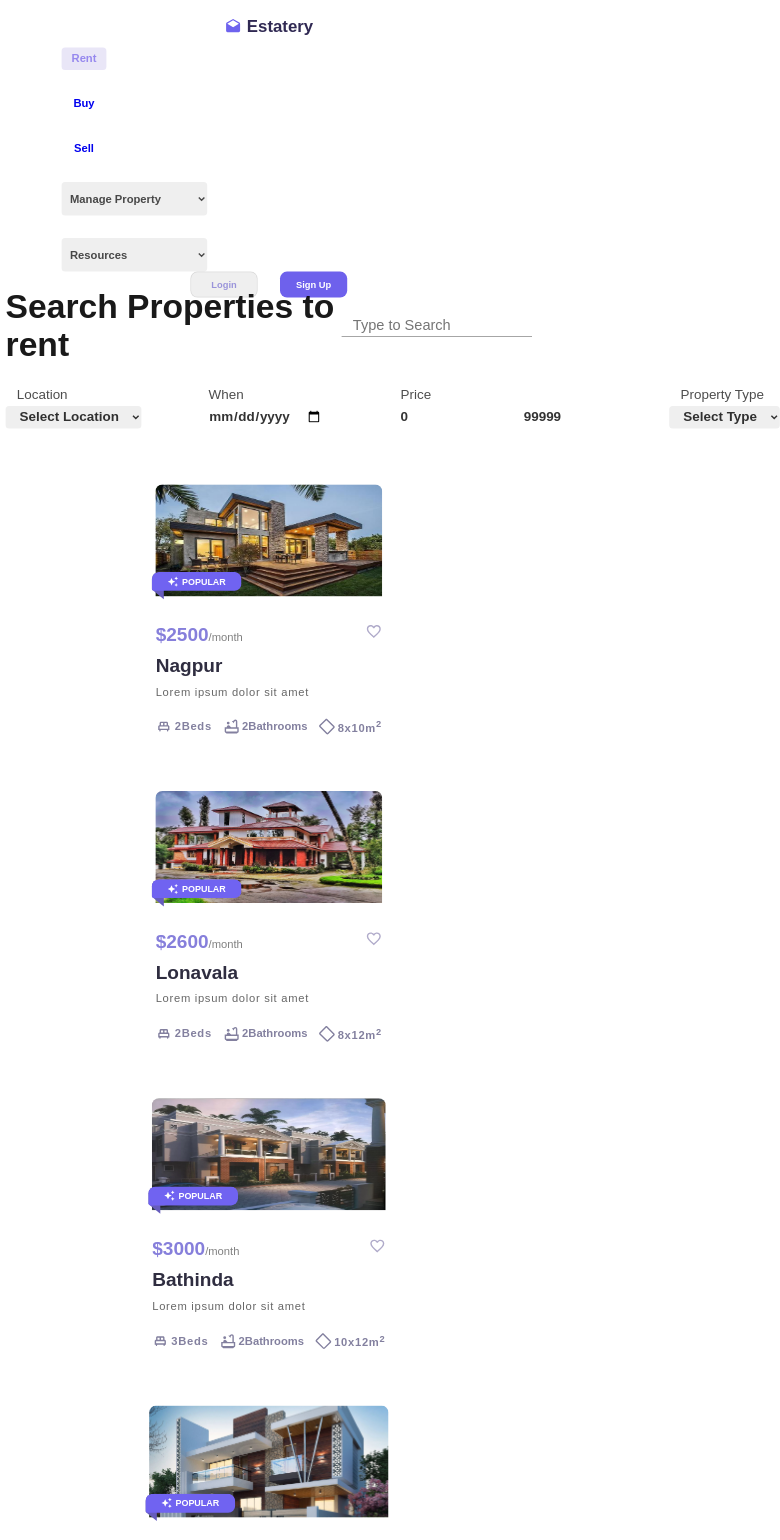
Repository: kapil4457/Reunion-Internship-Assignment
Page: /
An editor plug-in stored every save of this project. The page is shown before and after the next save, followed by the edit.
The browser window is 768 px wide. The page is 1114 px wide, so the pictures cover 1114 px, including what lies to the right of the window. The pictures show the part of the page from y = 0 to 2200 px (the page is 5191 px tall), at 70% of full size.
The project was rebuilt for these pictures with package versions that can differ from the ones it lists, and the page was loaded fresh each time. Also part of the build but not shown: src/App.css.

Above is the page before, as saved 2022-10-07 21:08:49.

After the next save:
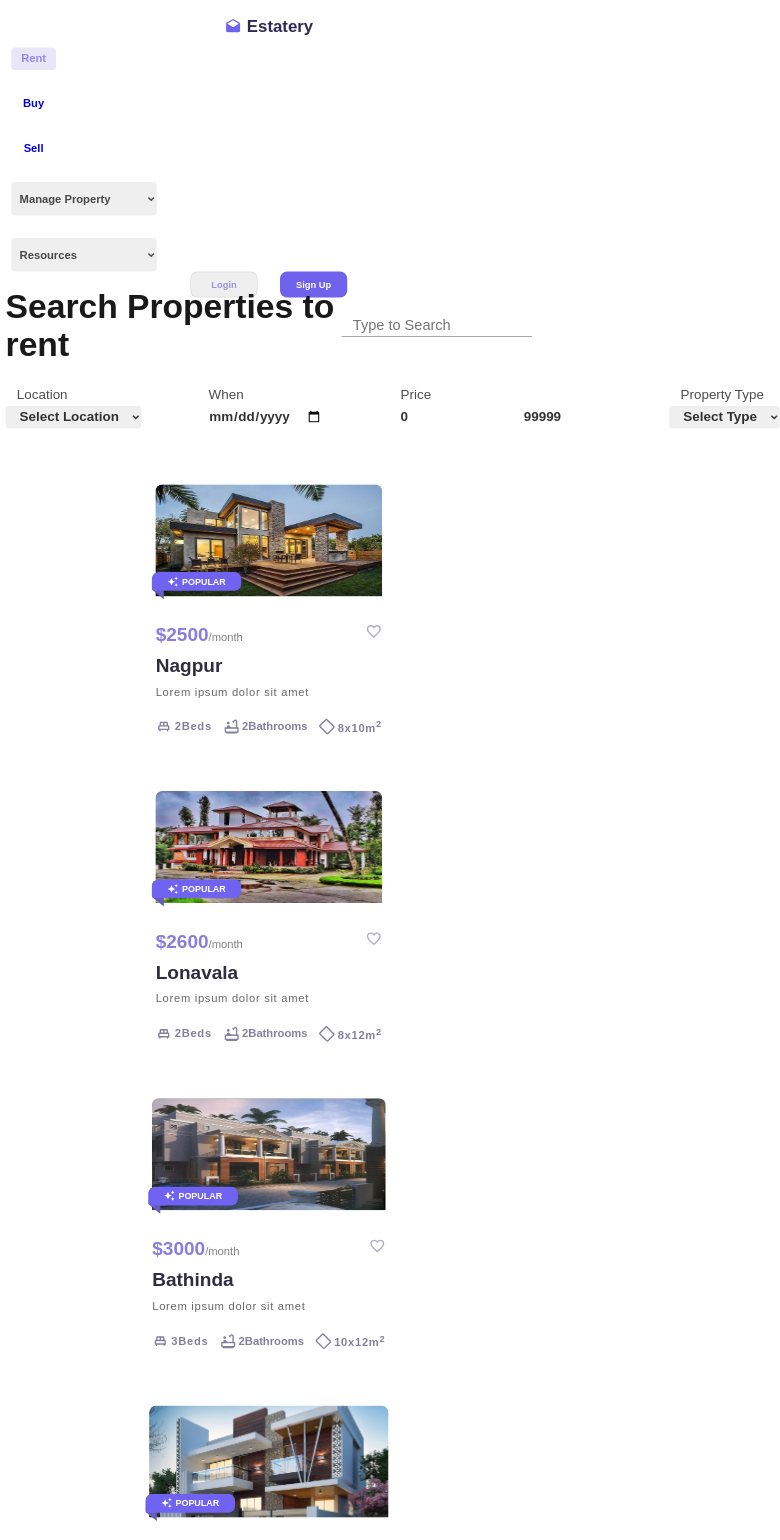
Saved 4 s later.
--- a/src/components/Header/Header.css
+++ b/src/components/Header/Header.css
@@ -107,7 +107,7 @@ cursor:pointer;
         width:100%;
     }
     .left > .categories{
-        padding-left:10rem;
+        padding-left:1rem;
         width:100%;
         flex-direction: column;
         align-items: flex-start;
